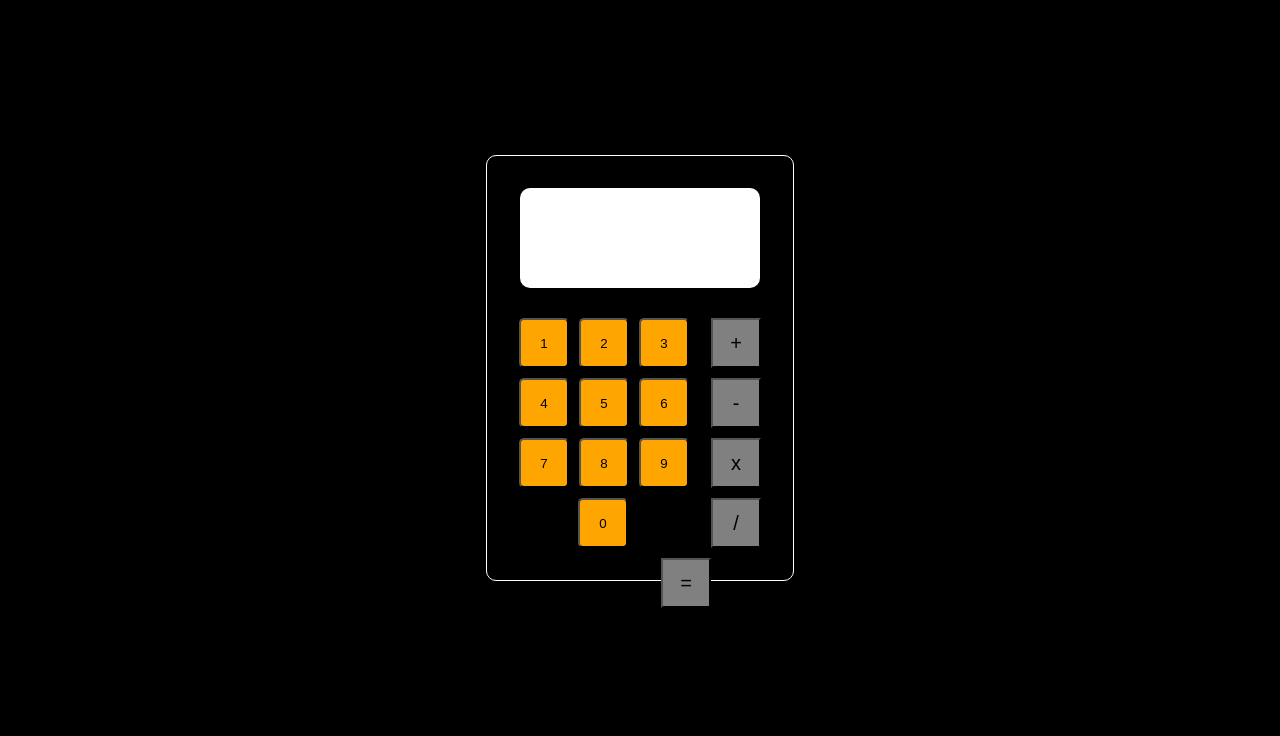
Repository: askan-ken/Simple-calculator
Page: index.html
These files come from the project's save history. The page is drawn as it stood at one moment and after a run of saves; the edit follows.
The browser window is 1280 px wide. The pictures show the whole page.

Above is the page before, as saved 2023-02-17 05:12:40.
Console error: TypeError: Cannot read properties of null (reading 'addEventListener')

After the next 7 saves:
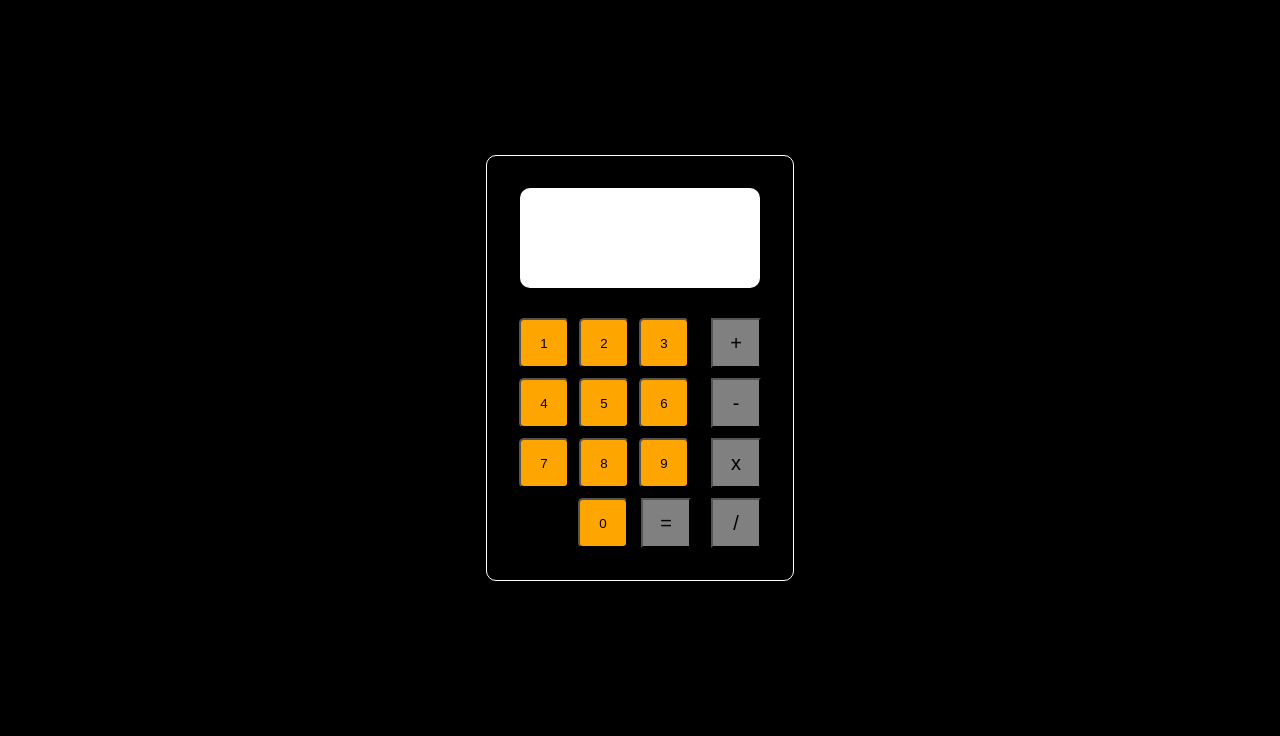
The 7 saves are shown as one change because they came seconds apart.
The last was saved 18 s later.
--- a/style.css
+++ b/style.css
@@ -64,5 +64,6 @@
 }
 .samadengan{
     position: relative;
-    right: 50px;
+    right: 70px;
+    bottom: 60px;
 }
